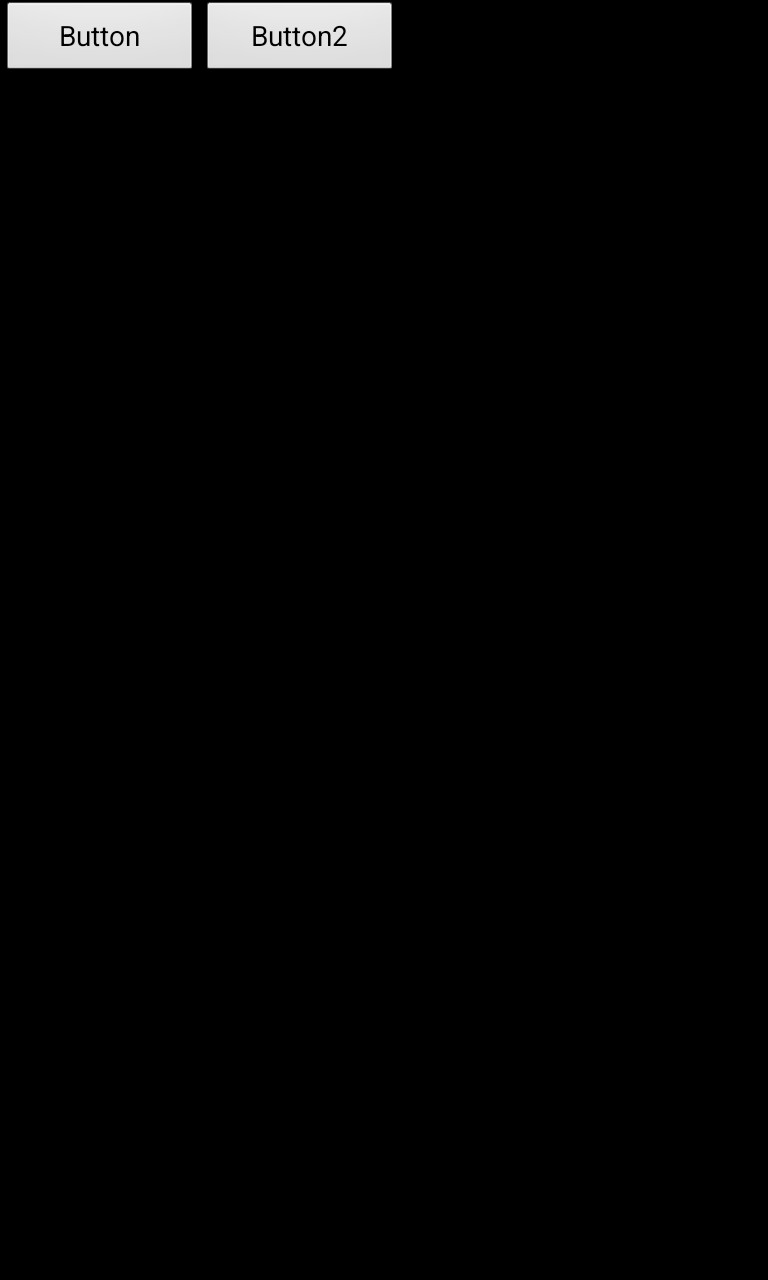
Repository: gmhawash/GBN-DRD
Layout: GoBeNow/res/layout/main.xml
The author's editor kept a copy of each file at every save. The layout is drawn from the files as they stood at one save, then again after the next save.
It is drawn on a 768 x 1280 px phone screen (xhdpi) without system bars, with theme android:Theme; the app's code is not run.

Above is the layout before, as saved 2011-04-17 01:22:47.

After the next save:
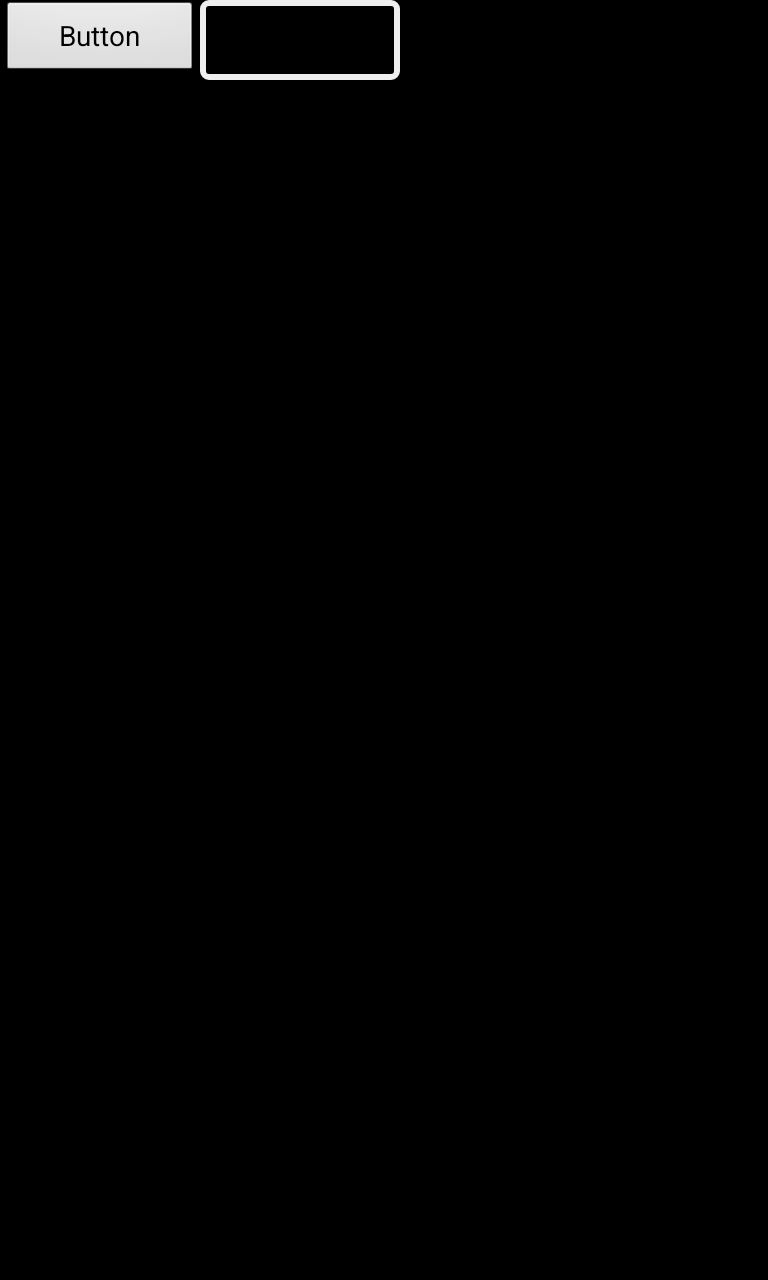
Saved 28 s later.
--- a/GoBeNow/res/layout/main.xml
+++ b/GoBeNow/res/layout/main.xml
@@ -10,5 +10,5 @@
 	<Button android:text="Button2" android:id="@+id/button2"
 		android:layout_width="100dip" android:layout_height="wrap_content"
 		android:layout_toRightOf="@+id/button1" android:layout_alignTop="@+id/button1"
-		android:layout_alignBottom="@+id/button1" android:bbackground="@drawable/custom_button"></Button>
+		android:layout_alignBottom="@+id/button1" android:background="@drawable/custom_button"></Button>
 </RelativeLayout>
